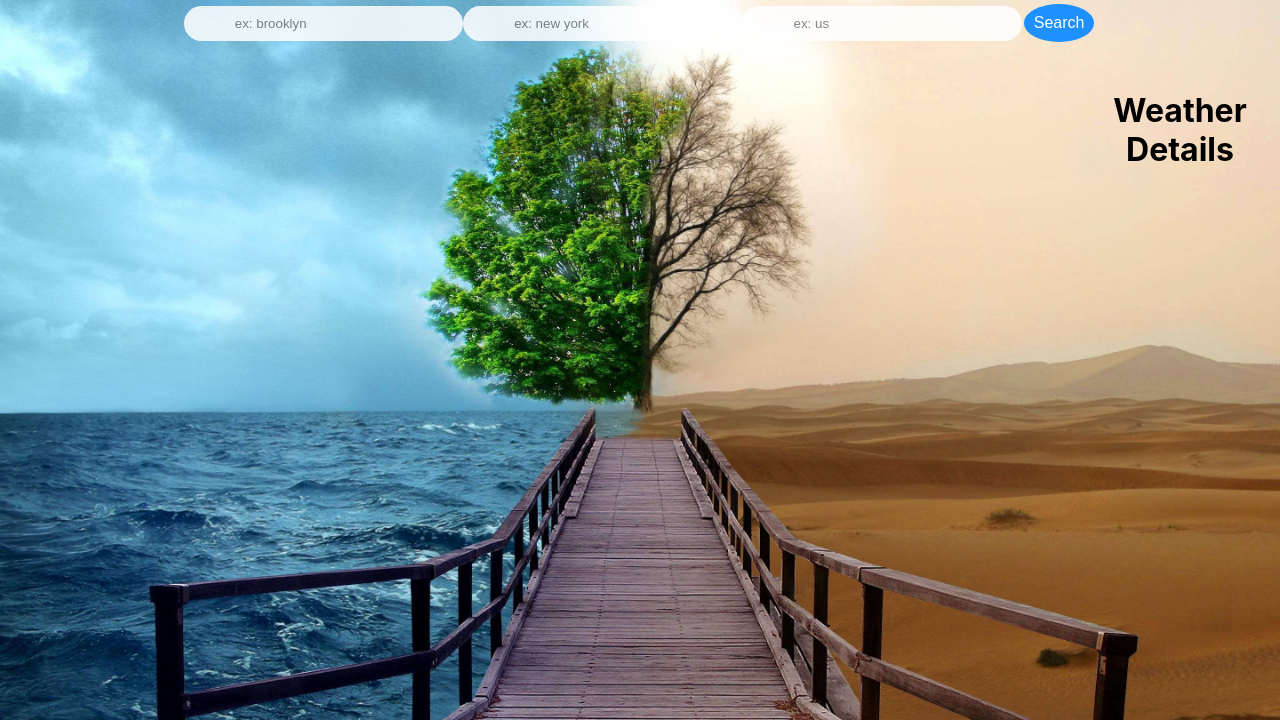
Repository: Mohsin231/Weather_App
Page: /
The author's editor kept a copy of each file at every save. The page is drawn from the files as they stood at one save, then again after the next save.
The browser window is 1280 px wide. The pictures show the whole page.
The project was rebuilt for these pictures with package versions that can differ from the ones it lists, and the page was loaded fresh each time.

Above is the page before, as saved 2021-01-25 04:42:22.

### src/App.js
import React, { useState } from 'react'
import Weather from './Components/Weather'
import WeatherDetails from './Components/WeatherDetails'
import SearchForm from './Components/SearchForm'
import { Route } from 'react-router-dom';
import './App.css';

function App() {

  const [data, setData] = useState({
    city:"",
    state:"",
    country:""
  })

  //weather.js data
  const [weatherData, setWeatherData] = useState(null);
  //weatherDetails data
  const [weatherDetails, setWeatherDetails] = useState(null);

  //displays weather.js data
  function handleChange(event) {
    setData({...data, [event.target.id]:event.target.value})
    console.log(data)
    }

  return (
    <>
    <div className="App">
      <SearchForm
      handleChange={handleChange}
      data={data}
      setData={setData}
      setWeatherData={setWeatherData}
      setWeatherDetails={setWeatherDetails}
      />

<Route path="/" exact component={() => <Weather data={data} setData={setData} weatherData={weatherData}  />} />
<Route path="/" exact component={() => <WeatherDetails data={data} setData={setData} weatherDetails={weatherDetails} />} />

    </div>
    </>

  );
}

export default App;

### src/Components/Weather.js
import React, { useState } from "react";
import WeatherDetails from "../Components/WeatherDetails";
import '../Weather.css';

const Weather = ({ data, setData, weatherData }) => {
  const [action, setAction] = useState("");

  return (
      <div className="main">

        {weatherData &&
        (
          <div className="city-container">

            <div className="city">
            <h2 className="city-name">
              <span>{weatherData.name}, {weatherData.sys.country}</span>
            </h2>

            <div className="city-temp">
              {Math.round(weatherData.main.temp)}
              <sup>&deg;F</sup>
            </div>

            <div className="icon">
              <img className="city-icon" src={`https://openweathermap.org/img/wn/${weatherData.weather[0].icon}@2x.png`} alt={weatherData.weather[0].description} />
              <p>{weatherData.weather[0].description}</p>
            </div>
            </div>

            <button onClick = {() => {setAction("moreDetails")}} id="moreDetails">Show more details...</button>
            </div>

)
}
      {
        action === "moreDetails"
        &&
        <WeatherDetails/>
      }
      </div>

    );
}

export default Weather;




// {weatherData && (
//   <div className="city"
//   <h2 className="city">
//     <span>{weatherData.name}, {weatherData.sys.country}</span>
//   </h2>

// <div className="city-temp">
//   {Math.round(weatherData.main.temp)}
//   <sup>&deg;F</sup>
// </div>

// <div className="city-icon">
// <img className="weather-icon" src={`http://openweathermap.org/img/wn/${weatherData.weather[0].icon}@2x.png`} alt={weatherData.weather[0].description} />
// <p>{weatherData.weather[0].description}</p>
// </div>

// </div>

// )}

// </div>
// </>

### src/Components/WeatherDetails.js
import React from "react";
import '../WeatherDetails.css';

//displays details of weather
const WeatherDetails = ({data, setData, weatherDetails }) => {

  return (
    <div className="main">
      <h1>Weather Details</h1>

      {weatherDetails &&
      (
        <div className="moreInfo">
          <h2>Feels Like: {weatherDetails.main.feels_like}</h2>
          <h2>Min: {weatherDetails.main.temp_min}, Max:{weatherDetails.main.temp_max}</h2>
          <h2>Humidity: {weatherDetails.main.humidity}</h2>
          <h2>Wind Speed: {weatherDetails.wind.speed}</h2>
          </div>

)
}

    </div>

  );
}

export default WeatherDetails;

### src/Components/SearchForm.js
import React, {useEffect} from 'react';
import '../SearchForm.css';
//search


  // Destructure props object
  function SearchForm({handleChange, data, setData, setWeatherData, setWeatherDetails }) {


    const getData = () => {

      let url = `http://api.openweathermap.org/data/2.5/weather?q=${data.city},${data.state},${data.country}&units=imperial&appid=${process.env.REACT_APP_ONEDAY}`

    fetch(url)
      .then(res => res.json())
      .then(res => {
        console.log(res)
        setWeatherData(res);
        setWeatherDetails(res)
      })
      .catch(err => {
        console.error(err);
      });}

  function handleSubmit(event) {
    event.preventDefault();
    getData();
  }

    return (
      <form onSubmit={handleSubmit} className="searchForm">
        <input
          className="search"
          id="city"
          placeholder="ex: brooklyn"
          type="text"
          name="searchString"
          required
          onChange={handleChange}
          value={data.city}
        />
        <input
        className="search"
          id="state"
          placeholder="ex: new york"
          type="text"
          name="searchString"
          required
          onChange={handleChange}
          value={data.state}
        />
        <input
        className="search"
          id="country"
          placeholder="ex: us"
          type="text"
          name="searchString"
          required
          onChange={handleChange}
          value={data.country}
        />
        <button className="button">Search</button>
      </form>
    );
  }
  export default SearchForm;

### src/App.css
.App {
  text-align: center;

}

body {
  background: url("./images/weatherBackground.jpg");
  background-size: cover;
  background-repeat: no-repeat;
}

### src/Weather.css
.main {
    /* height: 100%;
    display: flex;
    justify-content: center;
    align-items: center;
    flex-direction: column; */
    position: absolute;
  top: 80px;
  right: 0;
  width: 200px;
  height: 100px;
  }

.city {
    padding: 50px;
    border-radius: 25px;
    background: rgba(235, 230, 230, 0.85);
}

#moreDetails {
    margin-top: 100px;
    background-color: dodgerblue;
    border: none;
    color: white;
    padding: 10px;
    text-align: center;
    text-decoration: none;
    display: inline-block;
    font-size: 16px;
    margin: 4px 2px;

}

### src/WeatherDetails.css
.more-info {
    padding: 40px, 40px, 60px, 60px;
    border-radius: 25px;
    background: rgba(235, 230, 230, 0.85);

}
.main {
    height: 100%;
    display: flex;
    justify-content: center;
    align-items: center;
    flex-direction: column;
  }

### src/SearchForm.css
.search {
    outline: none;
    padding: 10px 4%;
    border-radius: 20px;
    border: none;
    margin-bottom: 5%;
    opacity: 0.85;

}
.button {
    background-color: dodgerblue;
    border: none;
    color: white;
    padding: 10px;
    text-align: center;
    text-decoration: none;
    display: inline-block;
    font-size: 16px;
    margin: 4px 2px;
    border-radius: 80%;
  }

Loaded but not shown: public/index.html (common file); src/index.js (common file); src/index.css (common file); src/reportWebVitals.js (common file)

After the next save:
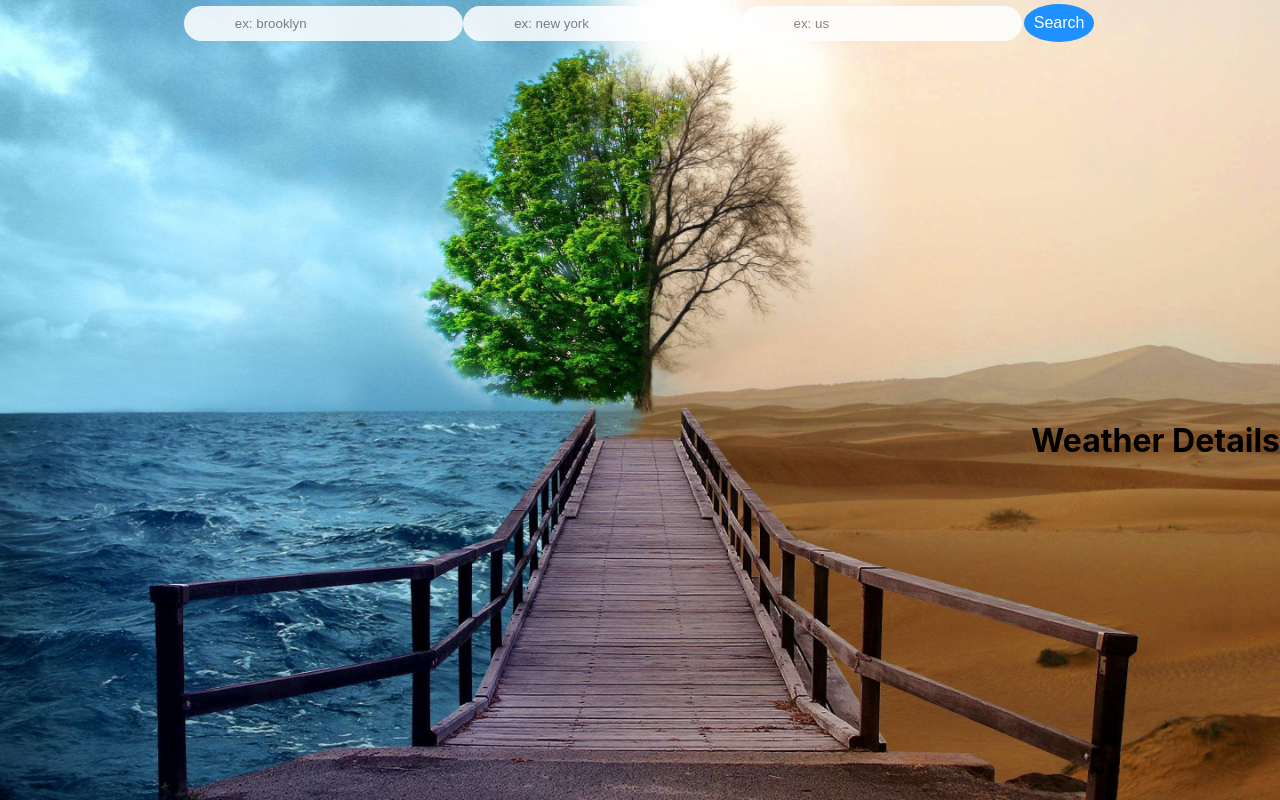
Saved 15 s later.
--- a/src/Weather.css
+++ b/src/Weather.css
@@ -7,8 +7,7 @@
     position: absolute;
   top: 80px;
   right: 0;
-  width: 200px;
-  height: 100px;
+
   }
 
 .city {
